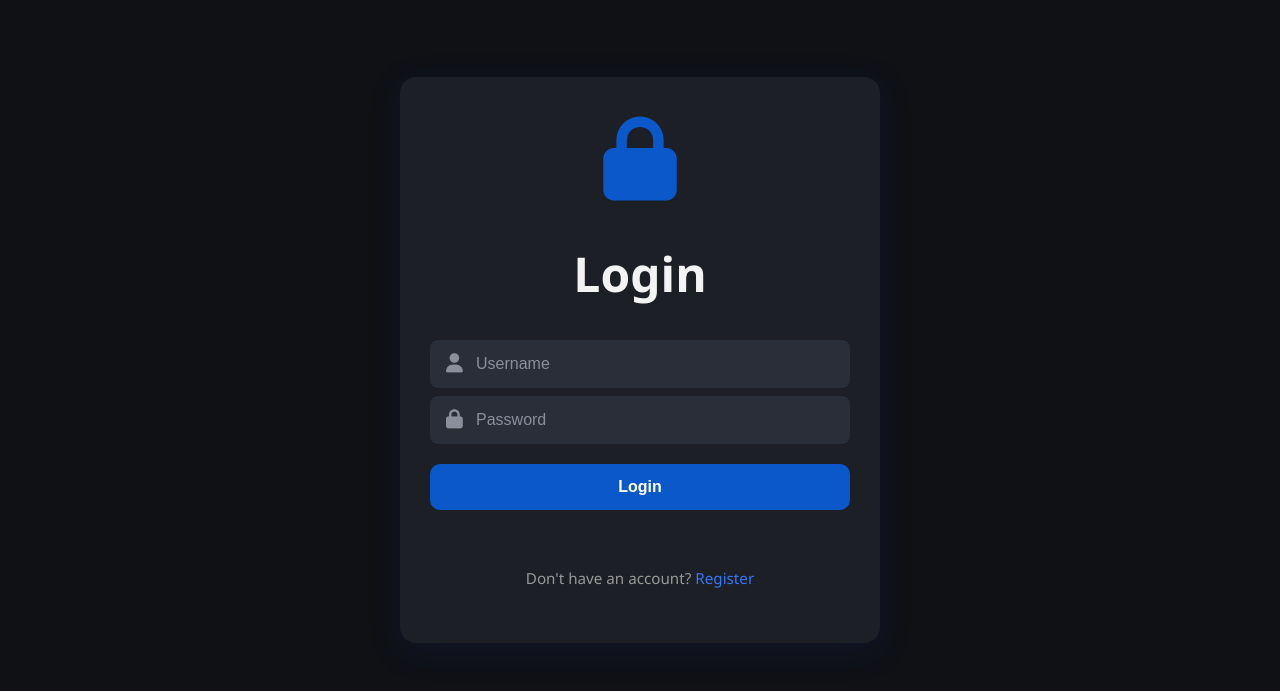
Repository: lowluds/auth-flask
Page: http://localhost/login
The author's editor kept a copy of each file at every save. The page is drawn from the files as they stood at one save, then again after the next save.
The browser window is 1280 px wide. The pictures show the whole page.
The page is served by the project's application, run on Flask 3 (login.py).

Above is the page before, as saved 2025-07-10 23:05:23.

After the next save:
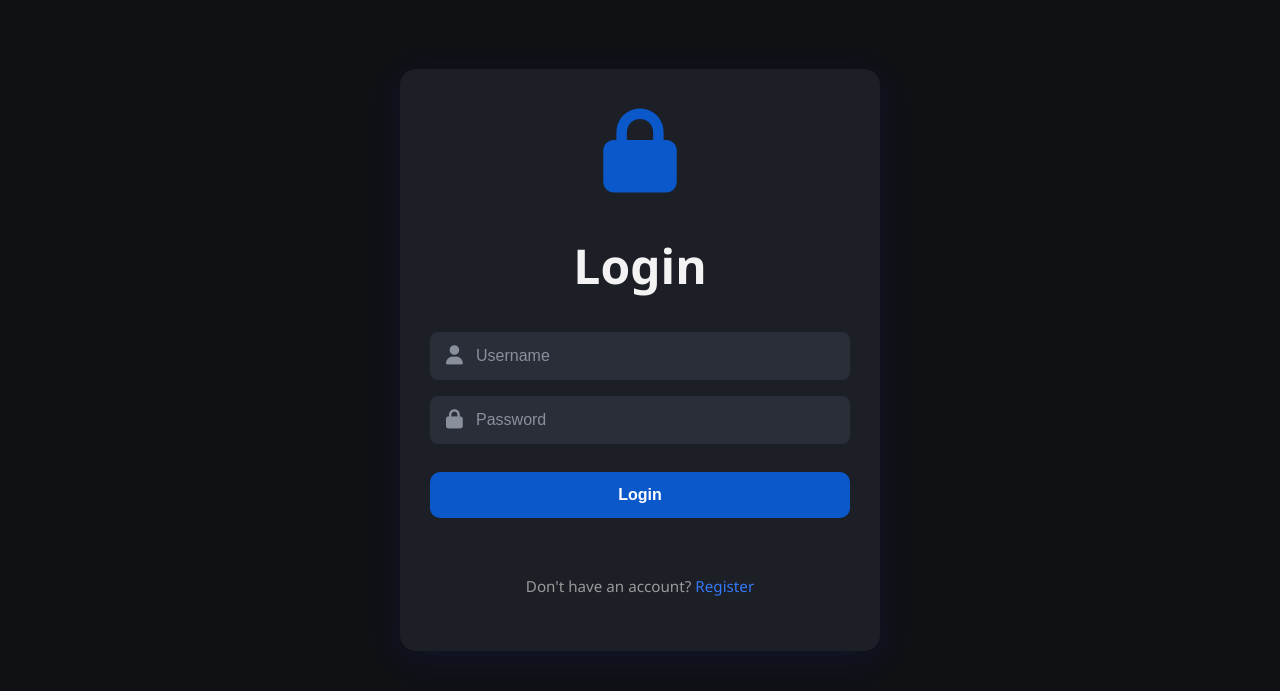
Saved 5 s later.
--- a/static/register.css
+++ b/static/register.css
@@ -31,7 +31,7 @@ body {
 .input-group {
     position: relative;
     width: 100%;
-    margin-bottom: 8px;
+    margin-bottom: 16px;
 }
 
 .input-group i {
